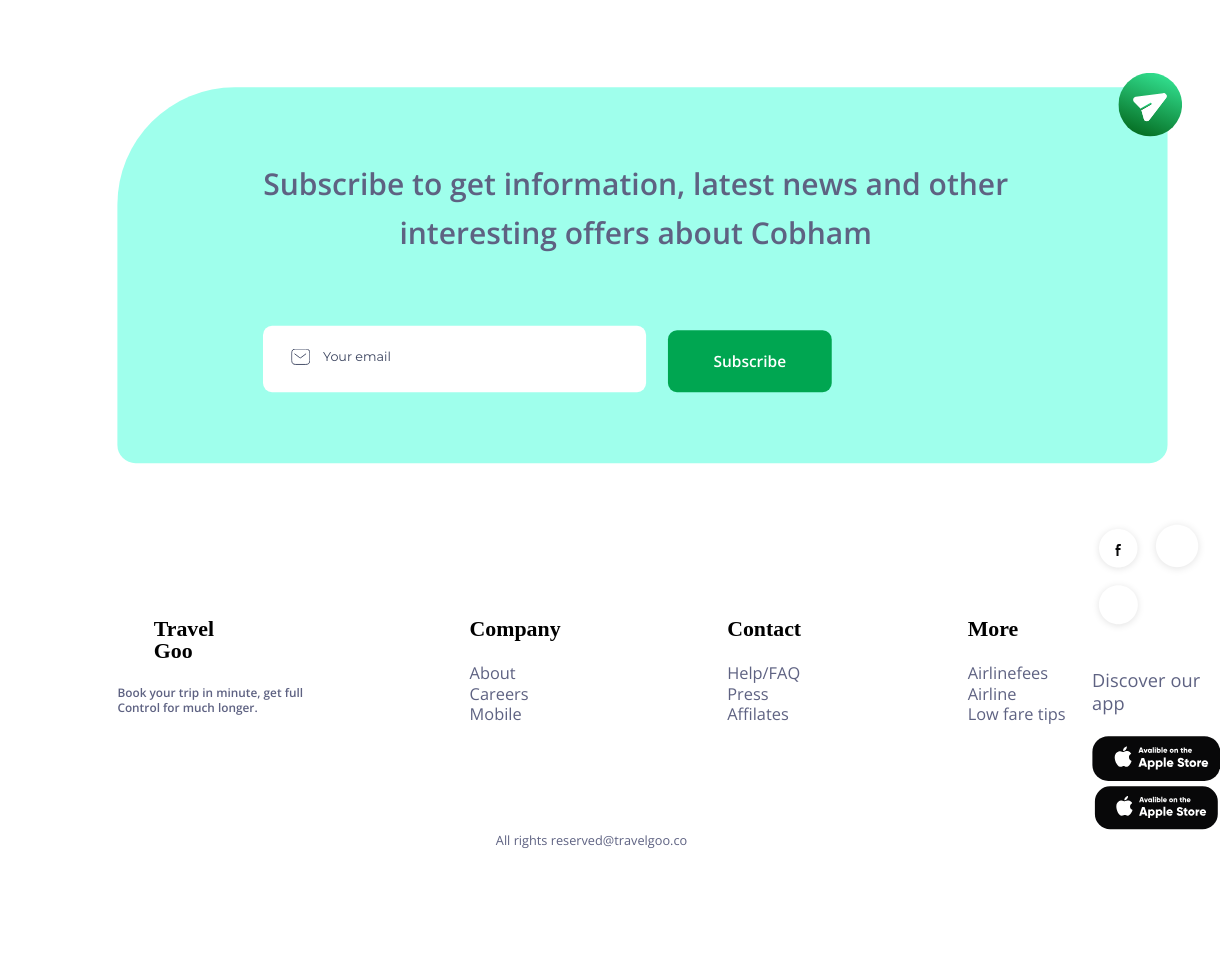
Repository: HeybetzadeQedim/task-5
Page: index.html
An editor plug-in stored every save of this project. The page is shown before and after a run of saves, followed by the edit.
The browser window is 1280 px wide. The page is 1341 px wide, so the pictures cover 1341 px, including what lies to the right of the window. The pictures show the whole page, at 91% of full size.
Some web fonts or font styles are not loaded; a fallback is used.

Above is the page before, as saved 2023-10-16 16:03:07.

After the next 3 saves:
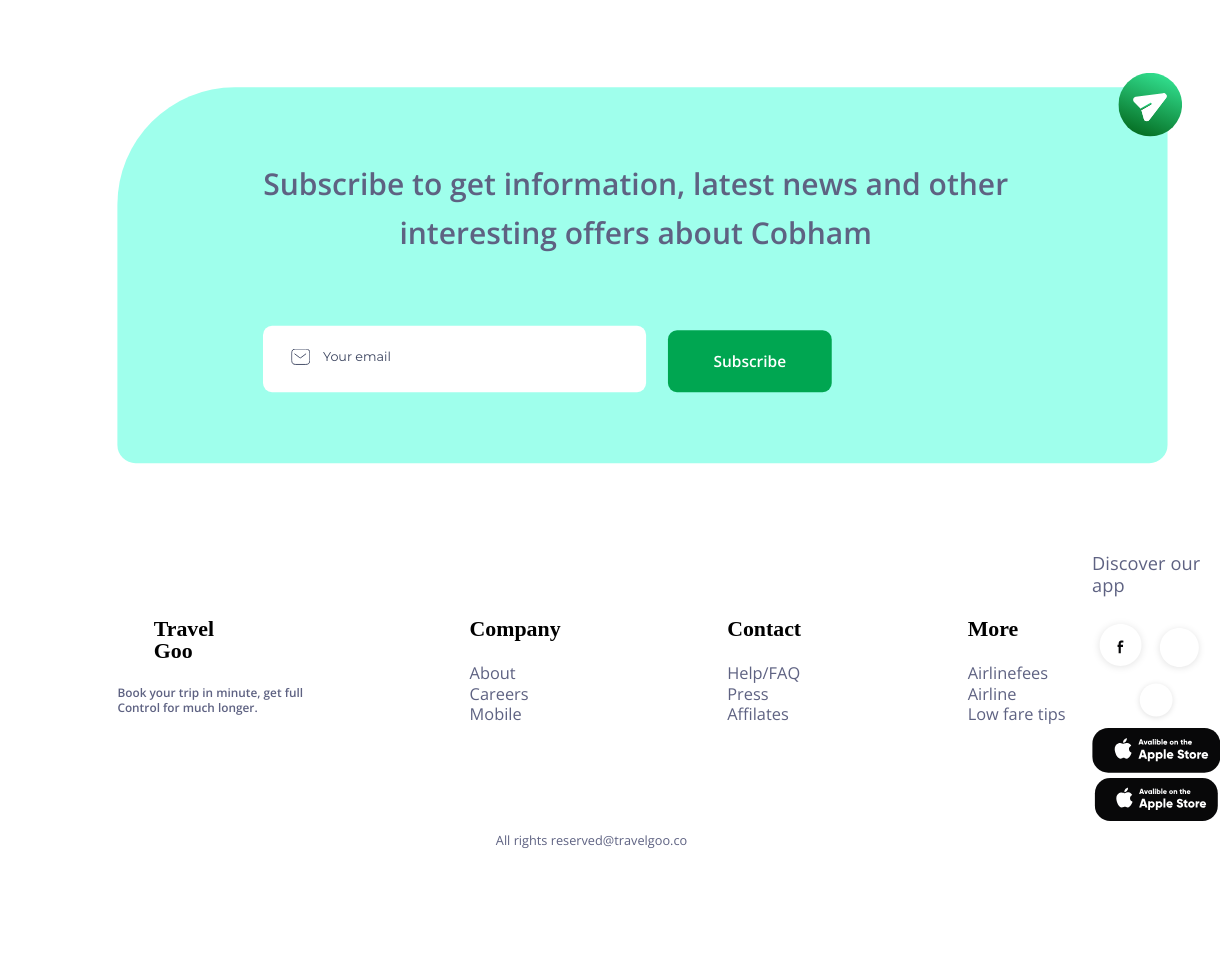
The 3 saves are shown as one change because they came seconds apart.
The last was saved 62 s later.
--- a/index.html
+++ b/index.html
@@ -64,10 +64,11 @@
               <li>Low fare tips</li>
 
           <div class="last-container">
+            <p>Discover our app</p>
             <img src="images/Social.svg" />
             <img src="images/Background (1).svg" />
             <img src="images/Background (1).svg" />
-            <p>Discover our app</p>
+
             <img src="images/Play Store.svg" />
             <img src="images/Play Store.svg" />
           </div>
